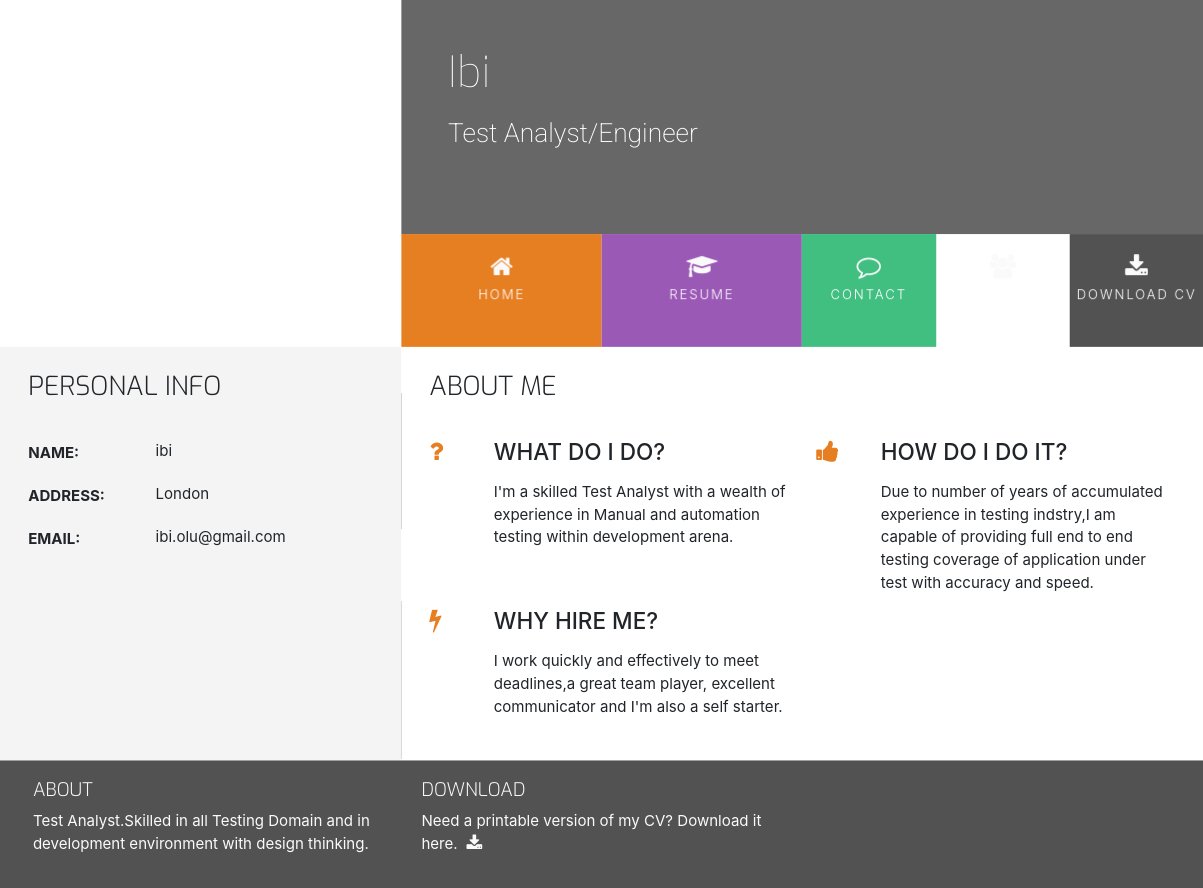
Repository: daat2/ccvitae
Page: index.html
The author's editor kept a record of every edit. The page is drawn from the files as they stood at one moment, then again after the next edit.
The browser window is 1280 px wide. The pictures show the whole page, at 94% of full size.
Some web libraries are served in a nearby version.

Above is the page before.

### index.html
<!DOCTYPE html>
	<html lang="en">
	<head>
	    <meta charset="UTF-8">
	    <meta name="viewport" content="width=device-width, initial-scale=1.0">
	    <meta http-equiv="X-UA-Compatible" content="ie=edge">
	    <link rel="stylesheet" href="https://maxcdn.bootstrapcdn.com/bootstrap/4.2.1/css/bootstrap.min.css" type="text/css" />
	    <link rel="stylesheet" href="https://maxcdn.bootstrapcdn.com/font-awesome/4.7.0/css/font-awesome.min.css" type="text/css" />
	    <link rel="stylesheet" href="https://cdnjs.cloudflare.com/ajax/libs/hover.css/2.1.1/css/hover-min.css" type="text/css" />
	    <link rel="stylesheet" href="assets/css/style.css" type ="text/css"/>
	    <title>ibi</title>
	</head>
	<body>
	    <header>
	        <div class="row no-gutters">
	            <a class="col-md-4 logo" href="02-index.html"></a>
	            <div class="col-md-8">
	                <div class="row no-gutters bg-color-name-title">
	                    <div class="col heading">
	                        <h1 class="name">Ibi </h1>
	                        <h2 class="title"> Test Analyst/Engineer</h2>
	                    </div>
	                </div>
	                <div class="row no-gutters">
	                    <div class="col">
	                        <ul id="nav" class="list-inline menucontainer">
	                            <li class="col-6 col-sm-3 list-inline-item ui-menu-color-home menuitem">
	                                <a href="index.html" class="hvr-sweep-to-bottom"><i class="fa fa-home" aria-hidden="true"></i><span>Home</span></a>
	                            </li>
	                            <li class="col-6 col-sm-3 list-inline-item ui-menu-color-resume menuitem">
	                                <a href="resume.html" class="hvr-sweep-to-bottom"><i class="fa fa-graduation-cap" aria-hidden="true"></i><span>Resume</span></a>
	                            </li>
	                            <li class="col-6 col-sm-2 list-inline-item ui-menu-color-contact menuitem">
	                                <a href="contact.html" class="hvr-sweep-to-bottom"><i class="fa fa-comment-o" aria-hidden="true"></i><span>Contact</span></a>
	                            </li>
	                            <li class="col-6 col-sm-2 ui-menu-color-interests list-inline-item menuitem">
                                <a href="interests.html" class="hvr-sweep-to-bottom"><i class="fa fa-users" aria-hidden="true"></i><span>Interests</span></a>
                            </li>
	                            <li class="col-6 col-sm-2 list-inline-item ui-menu-color-download menuitem">
	                                <a href="assets/cv/cv-current.pdf" target="_blank" class="hvr-sweep-to-bottom"><i class="fa fa-download" aria-hidden="true"></i><span>Download CV</span></a>
	                            </li>
	                        </ul>
	                    </div>
	                </div>
	            </div>
	        </div>
	    </header>
	    <section class="container-fluid">
	        <div class="row">
	            <div class="col-md-4 bg-color-personal-info section-column">
	                <div class="row">
	                    <div class="col-12">
	                        <h3 class="section-heading uppercase">
	                            Personal Info
	                        </h3>
	                    </div>
	                </div>
	                <div class="personal-info-item">
	                    <div class="key">
	                        <p class="uppercase">
	                            Name:
	                        </p>
	                    </div>
	                    <div class="value">
	                        <p>
	                            ibi
	                        </p>
	                    </div>
	                </div>
	                <div class="personal-info-item">
	                    <div class="key">
	                        <p class="uppercase">
	                            Address:
	                        </p>
	                    </div>
	                    <div class="value">
	                        <p>
	                            London
	                        </p>
	                    </div>
	                </div>
	                <!--<div class="personal-info-item">-->
	                <!--    <div class="key">-->
	                <!--        <p class="uppercase">-->
	                <!--            Phone:-->
	                <!--        </p>-->
	                <!--    </div>-->
	                <!--    <div class="value">-->
	                <!--        <p>-->
	                <!--            +447985209886-->
	                <!--        </p>-->
	                <!--    </div>-->
	                <!--</div>-->
	                <div class="personal-info-item">
	                    <div class="key">
	                        <p class="uppercase">
	                            Email:
	                        </p>
	                    </div>
	                    <div class="value">
	                        <p>
	                            ibi.olu@gmail.com
	                        </p>
	                    </div>
	                </div>
	            </div>
	            <div class="col-md-8 bg-color-three-reasons section-column">
	                <div class="row">
	                    <div class="col">
	                        <h3 class="section-heading uppercase">About Me</h3>
	                    </div>
	                </div>
	                <div class="row">
	                    <div class="col-10 offset-1 offset-sm-0 col-sm-4 col-md-6">
	                        <div class="row">
	                            <div class="col-2">
	                                <i class="three-reasons-icon fa fa-question" aria-hidden="true"></i>
	                            </div>
	                            <div class="col-10">
	                                <h4 class="three-reasons-heading uppercase">What do I do?</h4>
	                                <p>
	                                    I'm a skilled Test Analyst with a wealth of experience in Manual and automation testing within development arena.
	                                </p>
	                            </div>
	                        </div>
	                    </div>
	                    <div class="col-10 offset-1 offset-sm-0 col-sm-4 col-md-6">
	                        <div class="row">
	                            <div class="col-2">
	                                <i class="three-reasons-icon fa fa-thumbs-up" aria-hidden="true"></i>
	                            </div>
	                            <div class="col-10">
	                                <h4 class="three-reasons-heading uppercase">How do I do it?</h4>
	                                <p>
	                                    Due to number of years of accumulated experience in testing indstry,I am capable of providing full end to end testing coverage of application under test with accuracy and speed.
	                                </p>
	                            </div>
	                        </div>
	                    </div>
	                    <div class="col-10 offset-1 offset-sm-0 col-sm-4 col-md-6">
	                        <div class="row">
	                            <div class="col-2">
	                                <i class="three-reasons-icon fa fa-bolt" aria-hidden="true"></i>
	                            </div>
	                            <div class="col-10">
	                                <h4 class="three-reasons-heading uppercase">Why hire me?</h4>
	                                <p>
	                                    I work quickly and effectively to meet deadlines,a great team player, excellent communicator and I'm also a self starter.
	                                </p>
	                            </div>
	                        </div>
	                    </div>
	                </div>
	            </div>
	        </div>

	    </section>
	    <footer class="container-fluid">
	        <div id="footer-details" class="row">
	            <div class="col-sm-4">
	                <h5 class="uppercase general-sub">About</h5>
	                <p class="inline-block">
	                    Test Analyst.Skilled in all Testing Domain and in development environment with design thinking.
	                </p>
	            </div>
	            <div class="col-sm-4">
	                <h5 class="uppercase general-sub">Download</h5>
	                <p class="inline-block">
	                    Need a printable version of my CV? Download it here.
	                    <a href="assets/cv/cv-current.pdf" target="_blank" class="cv-pdf">
	                        <i class="fa fa-download" aria-hidden="true"></i>
	                        <span class="sr-only">Download link.</span>
	                    </a>
	                </p>
	            </div>

	            </div>
	        </div>
	    </footer>
	</body>
	</html>

### assets/css/style.css
@import url('https://fonts.googleapis.com/css?family=Roboto:100,200,300,400,500,600,700|Exo:100,200,300,400,500,600,700');

/*--------------------------------------------Colors*/

.bg-color-name-title {
    background-color: #676767;
}

.bg-color-three-reasons {
    background-color: #fff;
}

.bg-color-personal-info {
    background-color: #f4f4f4;
}

.bg-color-work-history {
    background-color: #9b59b6;
}

.bg-color-contact {
    background-color: #fff;
}

.ui-menu-color-home {
    background-color: #e67e22;
}

.ui-menu-color-resume {
    background-color: #9b59b6;
}

.ui-menu-color-contact {
    background-color: #40bf80;
}

.ui-menu-color-download {
    background-color: #525252;
}

.row-table {
    display: table;
}

.section-column {
    display: table-cell;
    padding: 0 30px 30px;
    float: none;
}

.section-heading {
    font-family: "Exo", sans-serif;
    font-weight: 300;
    margin-top: 25px;
    margin-bottom: 40px;
}

/* ----------------------------------------Special paddings/margins/text */

h1,
h2,
h3,
h4 {
    margin: 0;
}

.uppercase {
    text-transform: uppercase;
}

.general-sub {
    font-family: "Exo", sans-serif;
    font-weight: 300;
    color: #fafafa;
}

.inline-block {
    display: inline-block;
}

.row-table {
    display: table;
}

.section-column {
    display: table-cell;
    padding: 0 30px 30px;
    float: none;
}

/*.history-heading,*/
/*.section-heading {*/
/*    font-family: "Exo", sans-serif;*/
/*    font-weight: 300;*/
/*    margin-top: 25px;*/
/*    margin-bottom: 40px;*/
/*}*/

/*--------------------------------------------Heading*/

header {
    margin: 0;
}

.heading {
    margin-left: 50px;
}

/*.logo {*/
/*    background: url("../assets/ib.jpg");*/
/*    background-position: center;*/
/*    background-repeat: no-repeat;*/
/*    background-size: cover;*/
/*    min-height: 360px;*/
/*    transition: all .5s ease-in-out;*/
/*    -moz-transition: all .5s ease-in-out;*/
/*    -webkit-transition: all .5s ease-in-out;*/
/*}*/

.name {
    font-family: "Exo", sans-serif;
    font-weight: 100;
    font-size: 46px;
    margin-top: 50px;
    color: #fff;
}

.title {
    font-family: "Roboto", sans-serif;
    font-weight: 200;
    font-size: 28px;
    margin-top: 20px;
    margin-bottom: 90px;
    color: #fff;
}

.list-inline-item:not(:last-child) {
    margin: 0;
}

.menucontainer {
    font-size: 0;
}

#nav li {
    font-size: 14px;
    padding: 0;
}

#nav {
    margin: 0;
}

.menuitem {
    height: 120px;
    text-align: center;
    padding: 0;
}

.menuitem a {
    width: 100%;
    text-decoration: none;
    color: #fff;
    height: 120px;
}

.menuitem a i {
    padding-top: 22px;
    display: block;
    color: #fafafa;
    font-size: 26px;
}

.menuitem span {
    display: block;
    width: 100%;
    padding-top: 5px;
    text-align: center;
    text-transform: uppercase;
    font-size: 14px;
    font-weight: 300;
    letter-spacing: 2px;
}

/*--------------------------------------------Hover.css*/

.hvr-sweep-to-bottom:before {
    background: rgba(0, 0, 0, 0.2);
    height: 120px;
}

/* ----------------------------------------Footer */

footer {
    background-color: #525252;
    color: #fafafa;
    min-height: 120px;
    margin: 0;
}

.cv-pdf i {
    font-size: 18px;
    color: #fafafa;
    text-align: center;
    padding-left: 5px;
    transition: all 0.35s ease-in-out;
    -moz-transition: all 0.35s ease-in-out;
    -webkit-transition: all 0.35s ease-in-out;
    -o-transition: all 0.35s ease-in-out;
}

.cv-pdf i:hover {
    color: #e84610;
}

.social-links {
    padding-bottom: 15px;
}



.social-links li a i:hover {
    background: #e84610;
}

#footer-details {
    padding: 20px;
}

/* ----------------------------------------Three Reasons */

.three-reasons-icon {
    font-size: 26px;
    color: #e67e22;
}

.three-reasons-heading {
    margin-bottom: 15px;
}

/* ----------------------------------------Personal Info */

.personal-info-item {
    margin-bottom: 20px;
    display: block;
    clear: both;
}

.personal-info-item .key,
.personal-info-item .value {
    padding-right: 8px;
    display: inline-block;
}

.personal-info-item .key p,
.personal-info-item .value p {
    margin: 0;
}

.personal-info-item .key {
    width: 30%;
    margin-right: 21px;
    padding-top: 2px;
    vertical-align: top;
}

.personal-info-item .key p {
    font-weight: 700;
}

.personal-info-item .value {
    position: relative;
    width: 60%;
}

/* ----------------------------------------Skills */

.progress {
    position: relative;
    height: 25px;
    margin-bottom: 4px;
}

.progress-type {
    position: absolute;
    left: 0px;
    font-weight: 400;
    padding: 3px 30px 2px 10px;
    color: #fafafa;
    background-color: rgba(25, 25, 25, 0.2);
}

.progress-section {
    margin: 40px 20px;
}

/* ----------------------------------------Work History */

.history-heading {
    color: #fafafa;
    margin-bottom: 50px;
}

.timeline-item {
    padding: 4em 2em 0em 2em;
    position: relative;
    color: #fafafa;
    border-left: 1px solid;
}

.timeline-item p {
    padding: 0;
    margin: 0;
}

.timeline-item:before {
    content: attr(data-dates);
    position: absolute;
    left: 2.5em;
    top: 3em;
    display: block;
    font-family: "Exo", sans-serif;
    font-weight: 500;
    font-size: 0.8em;
    padding: 0;
    margin: 0;
}

.timeline-item:after {
    width: 12px;
    height: 12px;
    display: block;
    top: 2.4em;
    position: absolute;
    left: -6px;
    border-radius: 12px;
    content: '';
    background: #fafafa;
}

.history-items {
    margin-bottom: 30px;
}

/* ----------------------------------------Contact Form */

.contact-heading {
    font-family: "Exo", sans-serif;
    font-weight: 300;
    margin-top: 25px;
    margin-bottom: 20px;
}

.center-form {
    padding-top: 10px;
    margin: 0 auto;
    max-width: 70%;
}

button[type="submit"] {
    margin-top: 15px;
    margin-bottom: 20px;
    color: #fafafa;
    background-color: #e84610;
}

/* ----------------------------------------Media Queries */

@media(min-width: 992px) {
    .center-form {
        padding-top: 30px;
        min-height: 240px;
        margin: 0 auto;
        max-width: 50%;
    }
}

After the next edit:
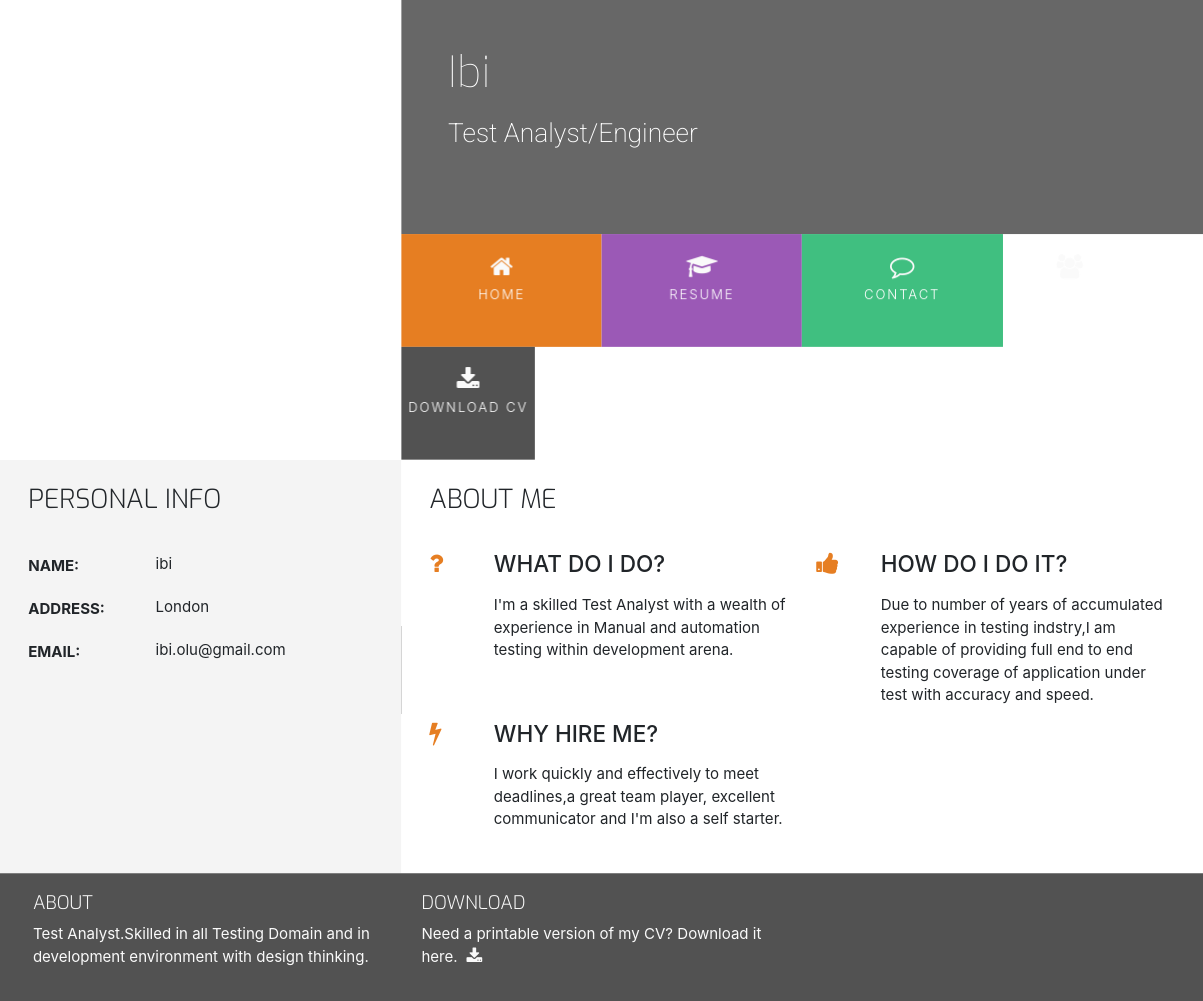
The edit:
--- a/index.html
+++ b/index.html
@@ -30,7 +30,7 @@
 	                            <li class="col-6 col-sm-3 list-inline-item ui-menu-color-resume menuitem">
 	                                <a href="resume.html" class="hvr-sweep-to-bottom"><i class="fa fa-graduation-cap" aria-hidden="true"></i><span>Resume</span></a>
 	                            </li>
-	                            <li class="col-6 col-sm-2 list-inline-item ui-menu-color-contact menuitem">
+	                            <li class="col-6 col-sm-3 list-inline-item ui-menu-color-contact menuitem">
 	                                <a href="contact.html" class="hvr-sweep-to-bottom"><i class="fa fa-comment-o" aria-hidden="true"></i><span>Contact</span></a>
 	                            </li>
 	                            <li class="col-6 col-sm-2 ui-menu-color-interests list-inline-item menuitem">
